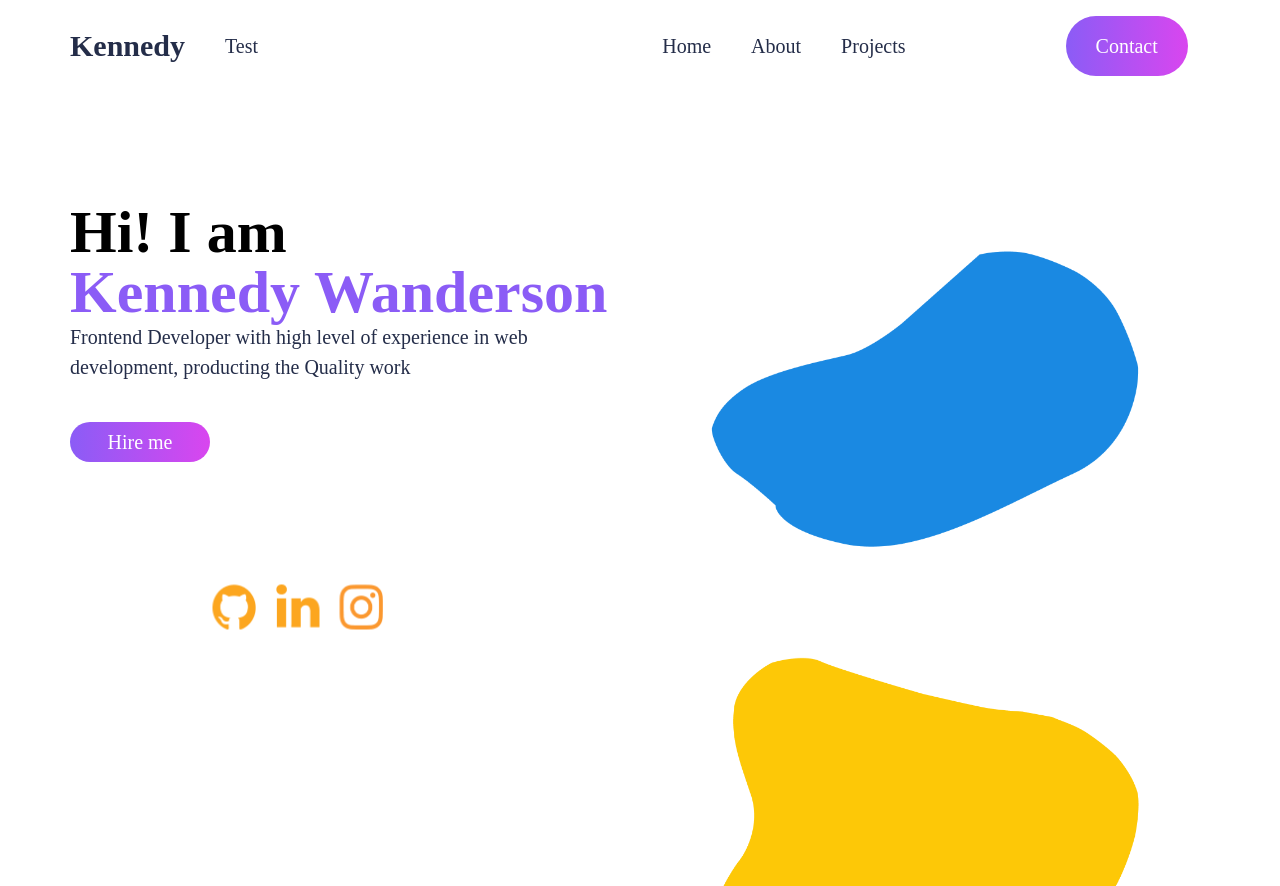
Repository: KennedyWanderson/portfolio
Page: /
An editor plug-in stored every save of this project. The page is shown before and after the next save, followed by the edit.
The browser window is 1280 px wide. The pictures show the whole page.
Some web fonts or font styles are not loaded; a fallback is used. The project was rebuilt for these pictures with package versions that can differ from the ones it lists, and the page was loaded fresh each time.

Above is the page before, as saved 2024-01-17 11:37:20.

### public/index.html
<!DOCTYPE html>
<html lang="en">
  <head>
    <meta charset="utf-8" />
    <link rel="icon" href="%PUBLIC_URL%/favicon.ico" />
    <meta name="viewport" content="width=device-width, initial-scale=1" />
    <meta name="theme-color" content="#000000" />
    <meta
      name="description"
      content="Web site created using create-react-app"
    />

    <style>
      @font-face{
        font-family: Gumela;
        src: url('../src/fonts/*');
      }

      *{
        font-family: 'Gumela';
        font-weight: normal;
        font-size: 20px;
      }
      body{
        margin: 0;
      }
    </style>
    <link rel="apple-touch-icon" href="%PUBLIC_URL%/logo192.png" />
    <!--
      manifest.json provides metadata used when your web app is installed on a
      user's mobile device or desktop. See https://developers.google.com/web/fundamentals/web-app-manifest/
    -->
    <link rel="manifest" href="%PUBLIC_URL%/manifest.json" />
    <!--
      Notice the use of %PUBLIC_URL% in the tags above.
      It will be replaced with the URL of the `public` folder during the build.
      Only files inside the `public` folder can be referenced from the HTML.

      Unlike "/favicon.ico" or "favicon.ico", "%PUBLIC_URL%/favicon.ico" will
      work correctly both with client-side routing and a non-root public URL.
      Learn how to configure a non-root public URL by running `npm run build`.
    -->
    <title>React App</title>
  </head>
  <body>
    <noscript>You need to enable JavaScript to run this app.</noscript>
    <div id="root"></div>
    <!--
      This HTML file is a template.
      If you open it directly in the browser, you will see an empty page.

      You can add webfonts, meta tags, or analytics to this file.
      The build step will place the bundled scripts into the <body> tag.

      To begin the development, run `npm start` or `yarn start`.
      To create a production bundle, use `npm run build` or `yarn build`.
    -->
  </body>
</html>

### src/index.css
@import 'tailwindcss/base';
@import 'tailwindcss/components';
@import 'tailwindcss/utilities';

:root
{
  --yellow: #F5C32C;
    --orange : #FCA61F;
    --black : #242D49;
    --gray : #788097;
    --blueCard : #DDF8FE;
    --purple: rgb(238 210 255);
    --boxShadow : 0px 19px 60px rgb(0 0 0 / 8%);
    --orangeCard: rgba(252, 166, 31, 0.45);
    --smboxShadow: -79px 51px 60px rgba(0, 0, 0, 0.08);
}

.App{
    padding: 0.5rem 3.5rem;
    overflow: hidden;
    color: var(--black);
}

### src/App.js
import logo from './logo.svg';
import './App.css';
import './index.css'
import Navbar from './Components/Navbar/Navbar';
import About from './Components/About/About';

function App() {
  return (
    <div className="App">
      <Navbar />
      <About />
    </div>
  );
}

export default App;

### src/App.css
@import 'tailwindcss/base';
@import 'tailwindcss/components';
@import 'tailwindcss/utilities';

:root
{
  --yellow: #F5C32C;
    --orange : #FCA61F;
    --black : #242D49;
    --gray : #788097;
    --blueCard : #DDF8FE;
    --purple: rgb(238 210 255);
    --boxShadow : 0px 19px 60px rgb(0 0 0 / 8%);
    --orangeCard: rgba(252, 166, 31, 0.45);
    --smboxShadow: -79px 51px 60px rgba(0, 0, 0, 0.08);
}

.App{
    padding: 0.5rem 3.5rem;
    overflow: hidden;
    color: var(--black);
}

.button{
  border-radius: 34px;
  border: none;
  color: white;
  font-size: 16px;
  padding: 10px;
}

### src/Components/Navbar/Navbar.jsx
import React from "react";

const Navbar = () => {
    return(             //h-screen
        <div className="h-[10vh] flex justify-between">
            <div className="flex-1 flex items-center gap-8">
                <div className="text-2xl font-bold">Kennedy</div>
                <span>Test</span>
            </div>
            <div className="flex flex-1 items-center justify-center font-normal">
                <div className="flex-grow-10">
                    <ul className="flex gap-8 mr-32 hover:cursor-grab">
                        <li className="hover:text-orange-500">Home</li>
                        <li className="hover:text-orange-500">About</li>
                        <li className="hover:text-orange-500">Projects</li>
                    </ul>
                </div>
                <button className=" rounded-3xl	border-none	text-white text-base pt-3 p-3 pr-6 pl-6 bg-gradient-to-r from-violet-500 to-fuchsia-500
                hover:cursor-grab bg-white hover:text-orange-500
                ">Contact</button>
            </div>
        </div>
    )
}

export default Navbar;

### src/Components/About/About.jsx
import React from "react";
import Github from '../../img/github.png'
import Instagram from '../../img/instagram.png'
import Linkedin from '../../img/linkedin.png'
import Profile from '../../img/eu.png'
import Vector1 from '../../img/Vector1.png'
import Vector2 from '../../img/Vector2.png'



const About = () => {
    return (
        <div className="flex h-[77vh] my-24">
            <div className="flex flex-col relative flex-1 gap-8">
                <div className="flex flex-col">
                    <span className="text-black font-bold text-5xl">Hi! I am</span>
                    <span className="text-violet-500 font-bold text-5xl">Kennedy Wanderson</span>
                    <span>Frontend Developer with high level of experience
                        in web development, producting the Quality work                   </span>
                </div>
                <button className="rounded-3xl	border-none	text-white text-base pt-3 p-3 pr-6 pl-6 bg-gradient-to-r from-violet-500 to-fuchsia-500
                hover:cursor-grab bg-white hover:text-orange-500 w-28 h-8 flex justify-center items-center">Hire me</button>
                <div className="mt-12 flex gap-8 scale-50 hover:cursor-grab">
                    <a href="https://github.com/KennedyWanderson">
                        <img src={Github} alt="" />
                    </a>
                    <a href="https://www.linkedin.com/in/kennedy-wanderson/">
                        <img src={Linkedin} alt="" />
                    </a>
                    <a href="https://www.instagram.com/_dev.kennedy/">
                        <img src={Instagram} alt="" />
                    </a>
                </div>
            </div>
            <div className="flex-1 relative">
                <div className="z-[1] absolute ">
                    <img className="scale-75 left-neg-15 top-neg-9" src={Vector1} alt="" />
                    <img className="scale-75 top-neg-4.6rem left-neg-3" src={Vector2} alt="" />
                    <img className="scale-145 left-28" src={Profile} alt="" />
                </div>
            </div>
        </div>
    )
}

export default About;

Loaded but not shown: src/index.js (common file); src/reportWebVitals.js (common file); tailwind.config.js (common file)

After the next save:
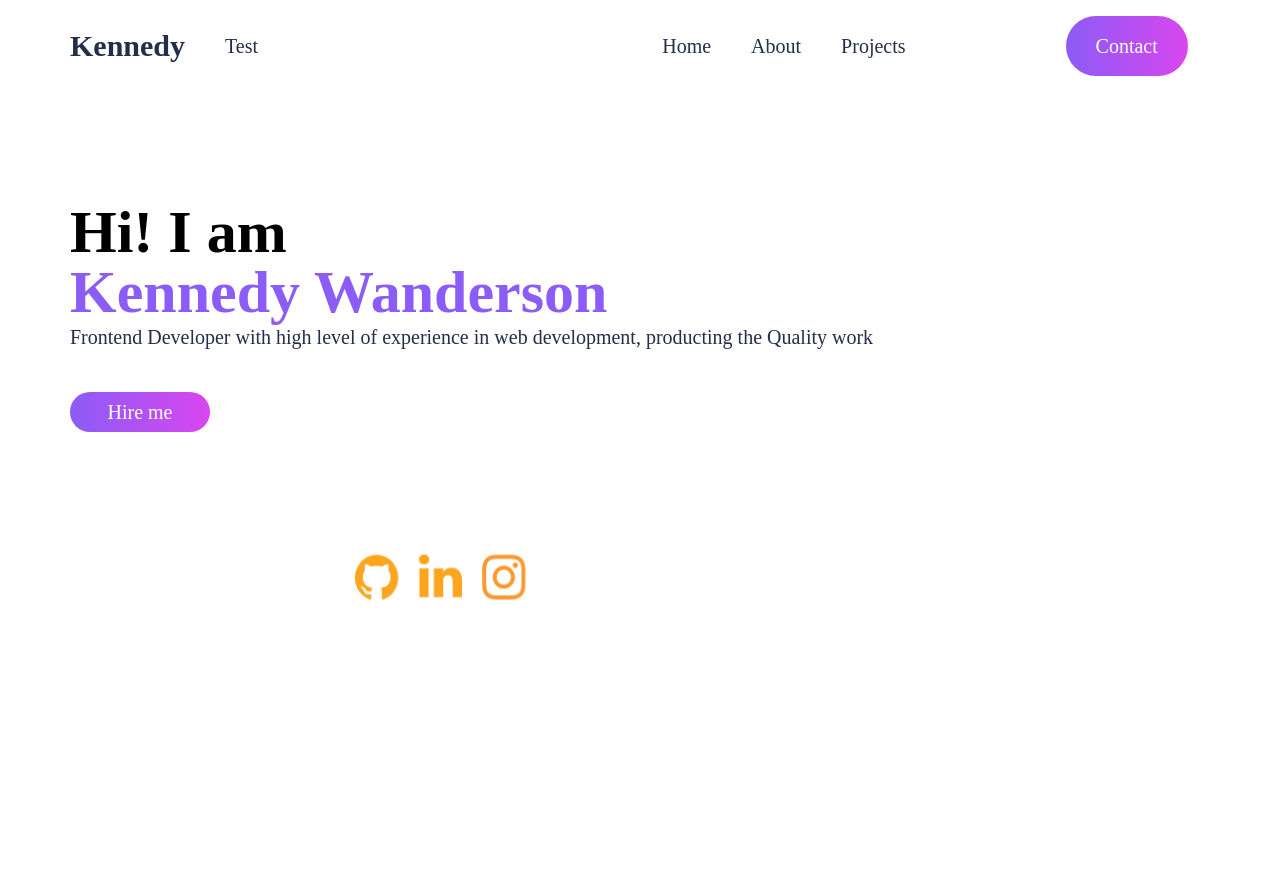
Saved 35 s later.
--- a/src/Components/About/About.jsx
+++ b/src/Components/About/About.jsx
@@ -32,7 +32,7 @@
                     </a>
                 </div>
             </div>
-            <div className="flex-1 relative">
+            <div className=" relative">
                 <div className="z-[1] absolute ">
                     <img className="scale-75 left-neg-15 top-neg-9" src={Vector1} alt="" />
                     <img className="scale-75 top-neg-4.6rem left-neg-3" src={Vector2} alt="" />

After the 3 saves that followed:
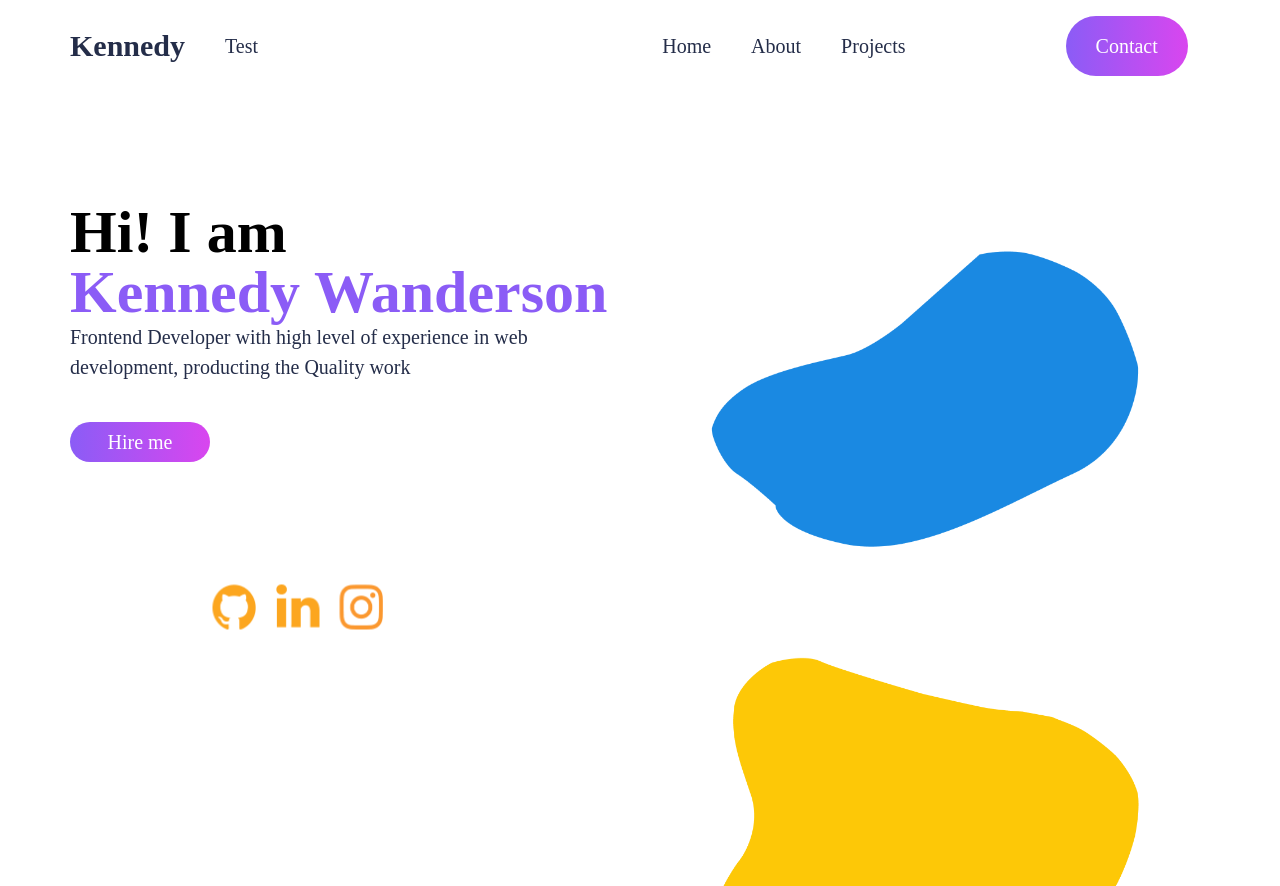
The 3 saves are shown as one change because 2 left the picture as it was.
The last was saved 40 s later.
--- a/src/Components/About/About.jsx
+++ b/src/Components/About/About.jsx
@@ -32,7 +32,7 @@
                     </a>
                 </div>
             </div>
-            <div className=" relative">
+            <div className="flex-1 relative">
                 <div className="z-[1] absolute ">
                     <img className="scale-75 left-neg-15 top-neg-9" src={Vector1} alt="" />
                     <img className="scale-75 top-neg-4.6rem left-neg-3" src={Vector2} alt="" />
